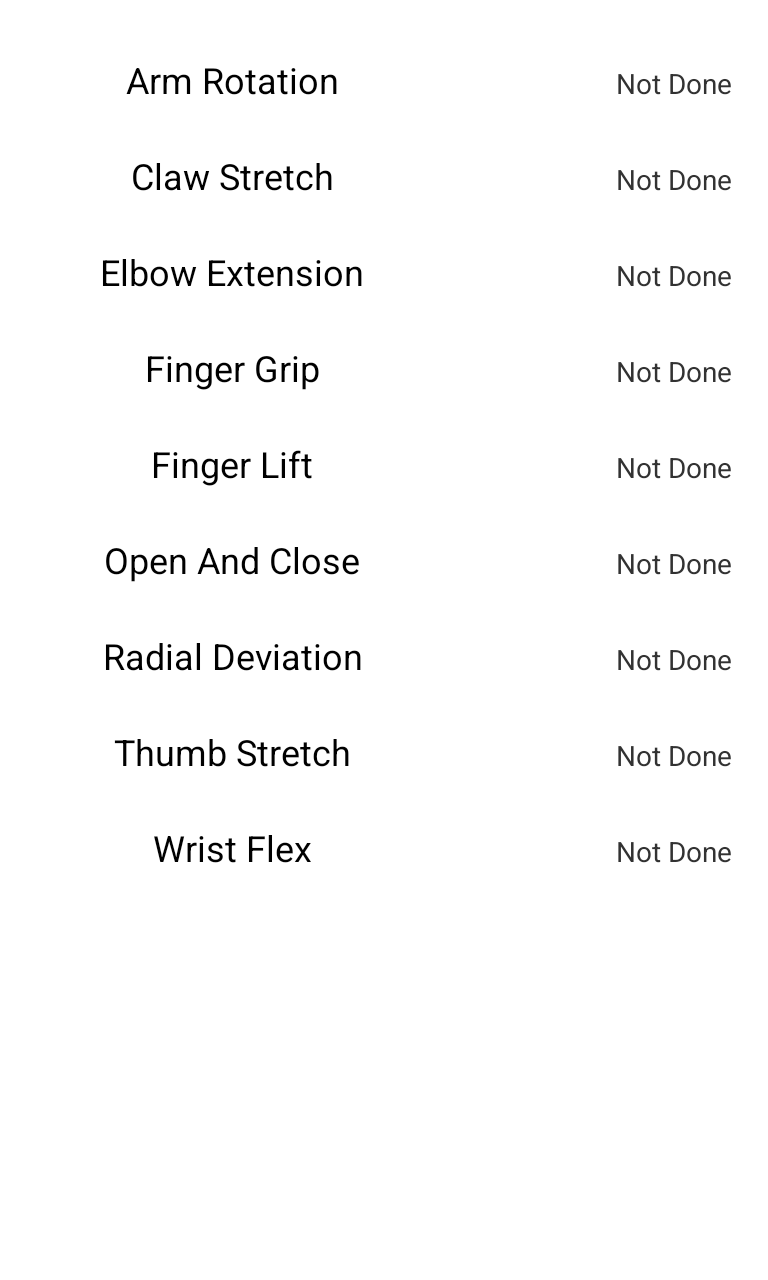
Repository: zi-yang-zhang/ECSE424-Group8
Layout: Hi Fi Prototype/ReHand/ReHand/res/layout/activity_details_page.xml
An editor plug-in stored every save of this project. The layout is shown before and after the next save, followed by the edit.
It is drawn on a 768 x 1280 px phone screen (xhdpi) without system bars, with theme AppTheme; the app's code is not run.

Above is the layout before, as saved 2014-02-20 02:46:47.

### Hi Fi Prototype/ReHand/ReHand/res/layout/activity_details_page.xml
<RelativeLayout xmlns:android="http://schemas.android.com/apk/res/android"
    xmlns:tools="http://schemas.android.com/tools"
    android:layout_width="match_parent"
    android:layout_height="match_parent"
    android:paddingBottom="@dimen/activity_vertical_margin"
    android:paddingLeft="@dimen/activity_horizontal_margin"
    android:paddingRight="@dimen/activity_horizontal_margin"
    android:paddingTop="@dimen/activity_vertical_margin"
    tools:context=".ElbowExtensionPage" >

    <TextView
        android:id="@+id/ArmRotationProgress"
        android:layout_width="60dp"
        android:layout_height="wrap_content"
        android:layout_alignBaseline="@+id/button1"
        android:layout_alignBottom="@+id/button1"
        android:layout_alignParentRight="true"
        android:text="@string/progress_arm_rotation"
        android:textAppearance="?android:attr/textAppearanceSmall" />

    <TextView
        android:id="@+id/ClawStretchProgress"
        android:layout_width="60dp"
        android:layout_height="wrap_content"
        android:layout_alignBaseline="@+id/button5"
        android:layout_alignBottom="@+id/button5"
        android:layout_alignLeft="@+id/ArmRotationProgress"
        android:text="@string/progress_claw_stretch"
        android:textAppearance="?android:attr/textAppearanceSmall" />

    <TextView
        android:id="@+id/ElbowExtensionProgress"
        android:layout_width="60dp"
        android:layout_height="wrap_content"
        android:layout_alignBaseline="@+id/button6"
        android:layout_alignBottom="@+id/button6"
        android:layout_alignParentRight="true"
        android:text="@string/progress_elbow_extension"
        android:textAppearance="?android:attr/textAppearanceSmall" />

    <TextView
        android:id="@+id/FingerGripProgress"
        android:layout_width="60dp"
        android:layout_height="wrap_content"
        android:layout_alignBaseline="@+id/button7"
        android:layout_alignBottom="@+id/button7"
        android:layout_alignLeft="@+id/ElbowExtensionProgress"
        android:text="@string/progress_finger_grip"
        android:textAppearance="?android:attr/textAppearanceSmall" />

    <TextView
        android:id="@+id/FingerLiftProgress"
        android:layout_width="60dp"
        android:layout_height="wrap_content"
        android:layout_alignBaseline="@+id/button2"
        android:layout_alignBottom="@+id/button2"
        android:layout_alignLeft="@+id/FingerGripProgress"
        android:text="@string/progress_finger_lift"
        android:textAppearance="?android:attr/textAppearanceSmall" />

    <TextView
        android:id="@+id/WristFlexProgress"
        android:layout_width="60dp"
        android:layout_height="wrap_content"
        android:layout_alignBaseline="@+id/button4"
        android:layout_alignBottom="@+id/button4"
        android:layout_alignLeft="@+id/ThumbStretchProgress"
        android:text="@string/progress_wrist_flex"
        android:textAppearance="?android:attr/textAppearanceSmall" />

    <TextView
        android:id="@+id/ThumbStretchProgress"
        android:layout_width="60dp"
        android:layout_height="wrap_content"
        android:layout_alignBaseline="@+id/button3"
        android:layout_alignBottom="@+id/button3"
        android:layout_alignLeft="@+id/RadialDeviationProgress"
        android:text="@string/progress_thumb_stretch"
        android:textAppearance="?android:attr/textAppearanceSmall" />

    <TextView
        android:id="@+id/RadialDeviationProgress"
        android:layout_width="60dp"
        android:layout_height="wrap_content"
        android:layout_alignBaseline="@+id/button9"
        android:layout_alignBottom="@+id/button9"
        android:layout_alignLeft="@+id/FingerLiftProgress"
        android:text="@string/progress_radial_deviation"
        android:textAppearance="?android:attr/textAppearanceSmall" />

    <TextView
        android:id="@+id/OpenAndCloseProgress"
        android:layout_width="60dp"
        android:layout_height="wrap_content"
        android:layout_alignBaseline="@+id/button8"
        android:layout_alignBottom="@+id/button8"
        android:layout_alignLeft="@+id/FingerLiftProgress"
        android:text="@string/progress_open_and_close"
        android:textAppearance="?android:attr/textAppearanceSmall" />

    <Button
        android:id="@+id/button1"
        style="?android:attr/borderlessButtonStyle"
        android:layout_width="200dp"
        android:layout_height="wrap_content"
        android:layout_alignLeft="@+id/button5"
        android:layout_alignParentTop="true"
        android:text="@string/exercise_text_arm_rotation" />

    <Button
        android:id="@+id/button6"
        style="?android:attr/borderlessButtonStyle"
        android:layout_width="200dp"
        android:layout_height="wrap_content"
        android:layout_below="@+id/button5"
        android:layout_alignLeft="@+id/button7"
        android:text="@string/exercise_text_elbow_extension" />

    <Button
        android:id="@+id/button7"
        style="?android:attr/borderlessButtonStyle"
        android:layout_width="200dp"
        android:layout_height="wrap_content"
        android:layout_below="@+id/button6"
        android:layout_alignLeft="@+id/button2"
        android:text="@string/exercise_text_finger_grip" />

    <Button
        android:id="@+id/button2"
        style="?android:attr/borderlessButtonStyle"
        android:layout_width="200dp"
        android:layout_height="wrap_content"
        android:layout_below="@+id/button7"
        android:layout_alignLeft="@+id/button8"
        android:text="@string/exercise_text_finger_lift" />

    <Button
        android:id="@+id/button8"
        style="?android:attr/borderlessButtonStyle"
        android:layout_width="200dp"
        android:layout_height="wrap_content"
        android:layout_below="@+id/button2"
        android:layout_alignLeft="@+id/button9"
        android:text="@string/exercise_text_open_and_close" />

    <Button
        android:id="@+id/button9"
        style="?android:attr/borderlessButtonStyle"
        android:layout_width="200dp"
        android:layout_height="wrap_content"
        android:layout_below="@+id/button8"
        android:layout_alignLeft="@+id/button3"
        android:text="@string/exercise_text_radial_deviation" />

    <Button
        android:id="@+id/button3"
        style="?android:attr/borderlessButtonStyle"
        android:layout_width="200dp"
        android:layout_height="wrap_content"
        android:layout_below="@+id/button9"
        android:layout_alignLeft="@+id/button4"
        android:text="@string/exercise_text_thumb_stretch" />

    <Button
        android:id="@+id/button5"
        style="?android:attr/borderlessButtonStyle"
        android:layout_width="200dp"
        android:layout_height="wrap_content"
        android:layout_below="@+id/button1"
        android:layout_alignLeft="@+id/button6"
        android:text="@string/exercise_botton_text_claw_stretch" />

    <Button
        android:id="@+id/button4"
        style="?android:attr/borderlessButtonStyle"
        android:layout_width="200dp"
        android:layout_height="wrap_content"
        android:layout_alignParentLeft="true"
        android:layout_below="@+id/button3"
        android:text="@string/exercise_text_wrist_flex" />

</RelativeLayout>

### Hi Fi Prototype/ReHand/ReHand/res/values/strings.xml
<?xml version="1.0" encoding="utf-8"?>
<resources>

    <string name="app_name">ReHand</string>
    <string name="action_settings">Settings</string>
    <string name="hello_world">Hello world!</string>
    <string name="greeting_words">Welcome To ReHand</string>
    <string name="touch_screen_instructions">Tap on either button to continue</string>
    <string name="sign_up">Sign Up now!</string>
    <string name="log_in">Log In!</string>
    <string name="title_activity_home_page">HomePage</string>
    <string name="greeting_home_page">Welcome Back!</string>
    <string name="exercises">Exercises</string>
    <string name="schedule">Schedule</string>
    <string name="title_activity_exercise_list_page">ExerciseListPage</string>
    <string name="title_activity_schedule_page">SchedulePage</string>
    <string name="exercise_botton_text_claw_stretch">Claw Stretch</string>
    <string name="title_activity_claw_stretch_page">ClawStretchPage</string>
    <string name="exercise_level_text">"Level: "</string>
    <string name="claw_stretch_level">I</string>
    <string name="exercise_botton_schedule">Schedule</string>
    <string name="exercise_tutorial_check_box">Show Tutorial?</string>
    <string name="exercise_start_botton_text">Start!</string>
    <string name="title_activity_claw_stretch_exercise">ClawStretchExercise</string>
    <string name="test_end_game">End Game</string>
    <string name="title_activity_claw_stretch_tutorial_page">ClawStretchTutorialPage</string>
    <string name="title_activity_claw_stretch_result">ClawStretchResult</string>
    <string name="exercise_text_arm_rotation">Arm Rotation</string>
    <string name="excercise_text_elbow_extension">Elbow Extension</string>
    <string name="arm_rotation_level">I</string>
    <string name="elbow_extension_level">I</string>
    <string name="exercise_text_finger_grip">Finger Grip</string>
    <string name="finger_grip_level">I</string>
    <string name="exercise_text_open_and_close">Open And Close</string>
    <string name="open_and_close_level">I</string>
    <string name="exercise_text_finger_lift">Finger Lift</string>
    <string name="finger_lift_level">I</string>
    <string name="exercise_text_radial_deviation">Radial Deviation</string>
    <string name="wrist_flex_level">I</string>
    <string name="exercise_text_wrist_flex">Wrist Flex</string>
    <string name="exercise_text_thumb_stretch">Thumb Stretch</string>
    <string name="thumb_stretch_level">I</string>
    <string name="radial_deviation_level">I</string>
    <string name="tutorial_text">tutorial</string>
    <string name="exercise_text_elbow_extension">Elbow Extension</string>
    <string name="title_activity_arm_rotation_exercise">ArmRotationExercise</string>
    <string name="title_activity_arm_rotation_page">ArmRotationPage</string>
    <string name="title_activity_arm_rotation_result">ArmRotationResult</string>
    <string name="title_activity_arm_rotation_tutorial_page">ArmRotationTutorialPage</string>
    <string name="title_activity_elbow_extension_exercise">ElbowExtensionExercise</string>
    <string name="title_activity_elbow_extension_page">ElbowExtensionPage</string>
    <string name="title_activity_elbow_extension_result">ElbowExtensionResult</string>
    <string name="title_activity_elbow_extension_tutorial_page">ElbowExtensionTutorialPage</string>
    <string name="title_activity_finger_grip_exercise">FingerGripExercise</string>
    <string name="title_activity_finger_grip_page">FingerGripPage</string>
    <string name="title_activity_finger_grip_result">FingerGripResult</string>
    <string name="title_activity_finger_grip_tutorial_page">FingerGripTutorialPage</string>
    <string name="title_activity_finger_lift_exercise">FingerLiftExercise</string>
    <string name="title_activity_finger_lift_page">FingerLiftPage</string>
    <string name="title_activity_finger_lift_result">FingerLiftResult</string>
    <string name="title_activity_finger_lift_tutorial_page">FingerLiftTutorialPage</string>
    <string name="title_activity_open_and_close_exercise">OpenAndCloseExercise</string>
    <string name="title_activity_open_and_close_page">OpenAndClosePage</string>
    <string name="title_activity_open_and_close_result">OpenAndCloseResult</string>
    <string name="title_activity_open_and_close_tutorial_page">OpenAndCloseTutorialPage</string>
    <string name="title_activity_radial_deviation_exercise">RadialDeviationExercise</string>
    <string name="title_activity_radial_deviation_page">RadialDeviationPage</string>
    <string name="title_activity_radial_deviation_result">RadialDeviationResult</string>
    <string name="title_activity_radial_deviation_tutorial_page">RadialDeviationTutorialPage</string>
    <string name="title_activity_thumb_stretch_exercise">ThumbStretchExercise</string>
    <string name="title_activity_thumb_stretch_page">ThumbStretchPage</string>
    <string name="title_activity_thumb_stretch_result">ThumbStretchResult</string>
    <string name="title_activity_thumb_stretch_tutorial_page">ThumbStretchTutorialPage</string>
    <string name="title_activity_wrist_flex_exercise">WristFlexExercise</string>
    <string name="title_activity_wrist_flex_page">WristFlexPage</string>
    <string name="title_activity_wrist_flex_result">WristFlexResult</string>
    <string name="title_activity_wrist_flex_tutorial_page">WristFlexTutorialPage</string>
    <string name="result_text_this_time">This Time:</string>
    <string name="result_text_personal_best">Personal Best:</string>
    <string name="result_exercises_button_text">Exercises</string>
    <string name="progress">Progress</string>
    <string name="progress_text_title">Progress</string>
    <string name="progress_text_view_details">View Details</string>
    <string name="title_activity_progress_page">ProgressPage</string>
    <string name="title_activity_details_page">DetailsPage</string>
    <string name="progress_arm_rotation">Not Done</string>
    <string name="progress_claw_stretch">Not Done</string>
    <string name="progress_elbow_extension">Not Done</string>
    <string name="progress_finger_grip">Not Done</string>
    <string name="progress_finger_lift">Not Done</string>
    <string name="progress_open_and_close">Not Done</string>
    <string name="progress_radial_deviation">Not Done</string>
    <string name="progress_thumb_stretch">Not Done</string>
    <string name="progress_wrist_flex">Not Done</string>

</resources>

Loaded but not shown: Hi Fi Prototype/ReHand/ReHand/res/values/styles.xml (common file); Hi Fi Prototype/ReHand/ReHand/res/values-v11/styles.xml (common file); Hi Fi Prototype/ReHand/ReHand/res/values-v14/styles.xml (common file); Hi Fi Prototype/ReHand/ReHand/res/values/dimens.xml (common file)

After the next save:
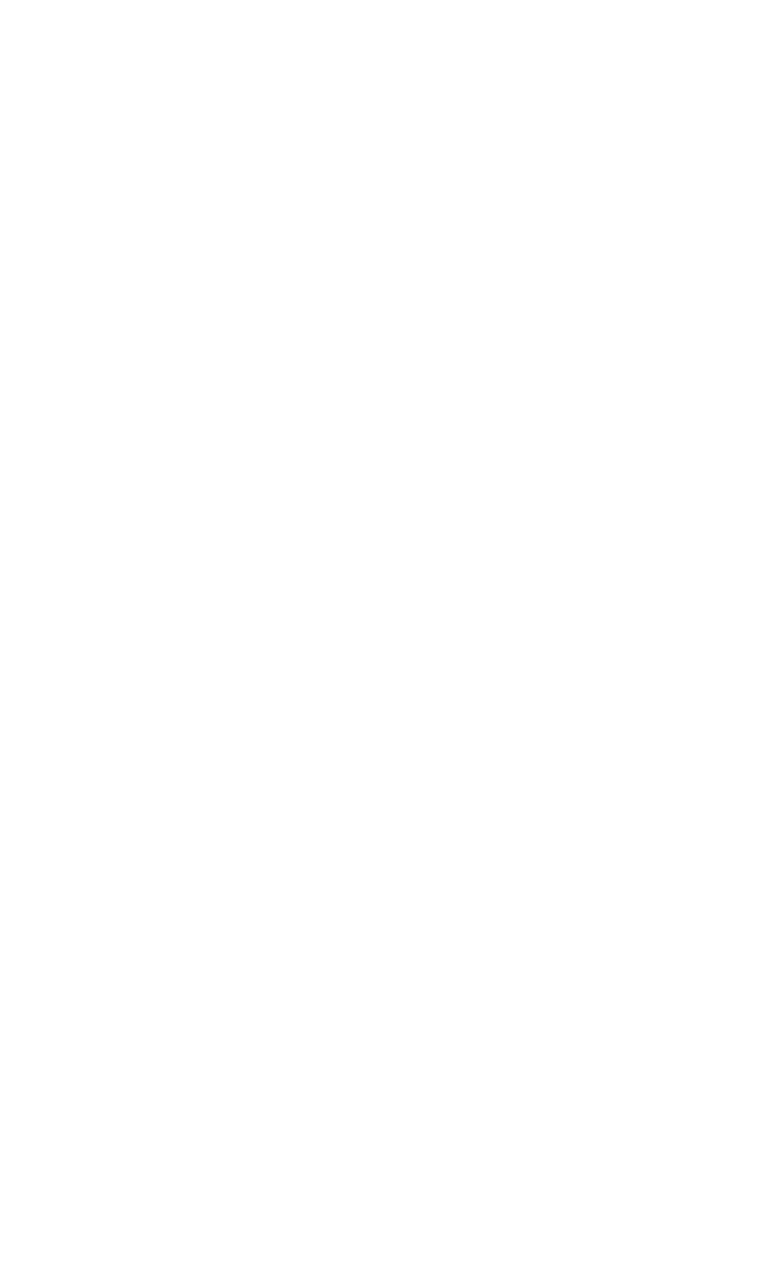
Saved 58 s later.
--- a/Hi Fi Prototype/ReHand/ReHand/res/layout/activity_details_page.xml
+++ b/Hi Fi Prototype/ReHand/ReHand/res/layout/activity_details_page.xml
@@ -175,7 +175,7 @@
         style="?android:attr/borderlessButtonStyle"
         android:layout_width="200dp"
         android:layout_height="wrap_content"
-        android:layout_alignParentLeft="true"
+        android:layout_alignLeft="@+id/button6"
         android:layout_below="@+id/button3"
         android:text="@string/exercise_text_wrist_flex" />
 

After the save that followed:
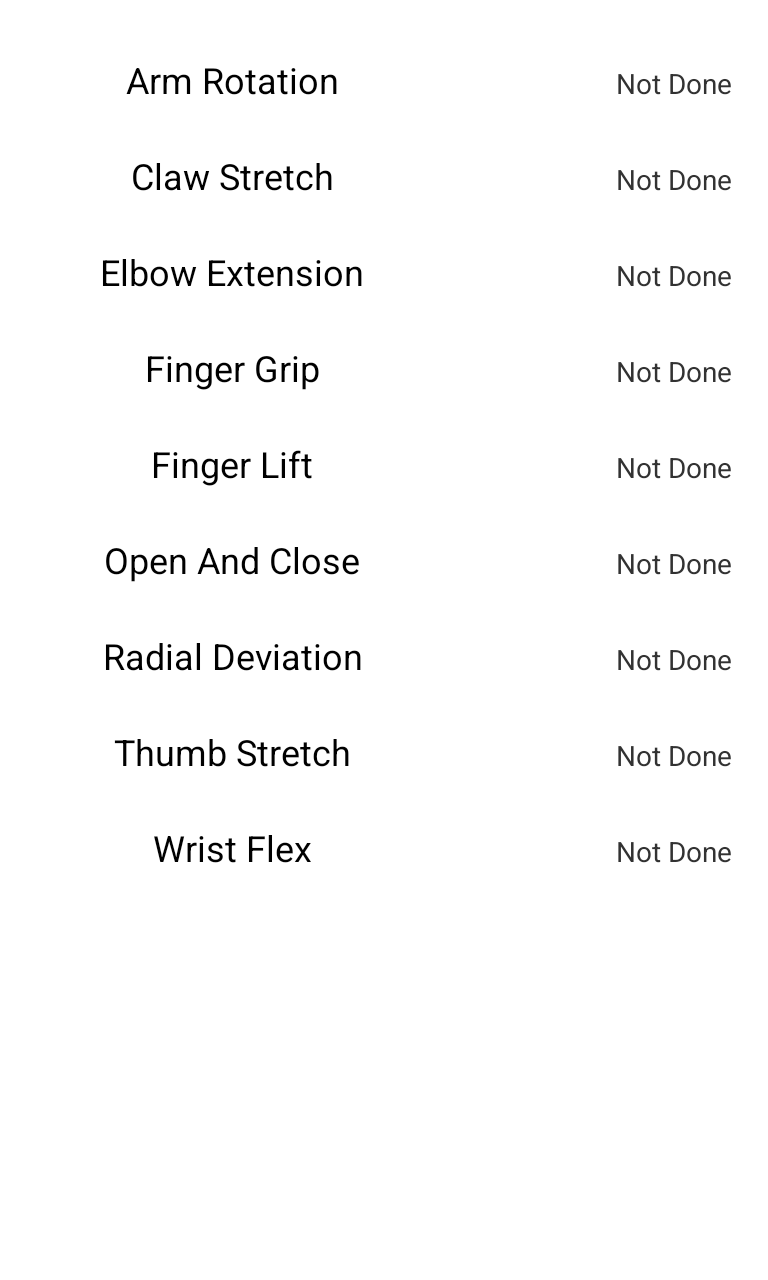
Saved 15 s later.
--- a/Hi Fi Prototype/ReHand/ReHand/res/layout/activity_details_page.xml
+++ b/Hi Fi Prototype/ReHand/ReHand/res/layout/activity_details_page.xml
@@ -175,7 +175,7 @@
         style="?android:attr/borderlessButtonStyle"
         android:layout_width="200dp"
         android:layout_height="wrap_content"
-        android:layout_alignLeft="@+id/button6"
+        android:layout_alignParentLeft="true"
         android:layout_below="@+id/button3"
         android:text="@string/exercise_text_wrist_flex" />
 
